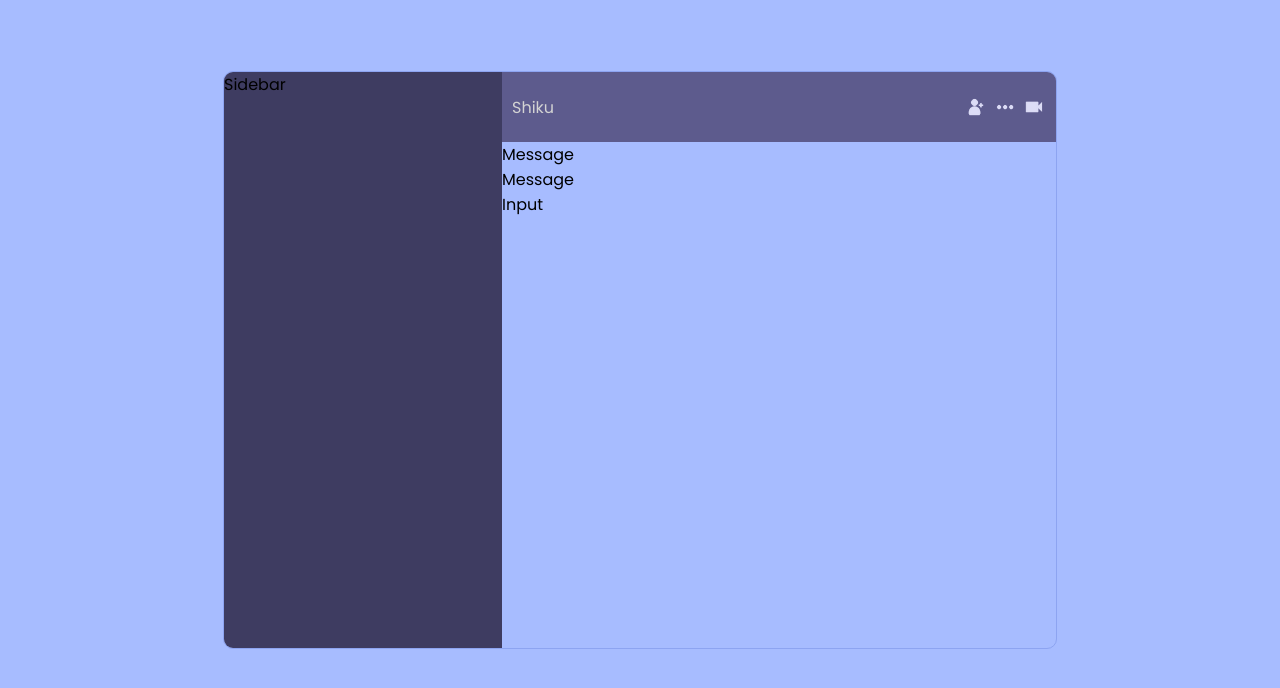
Repository: shikubro90/chatapp
Page: /
An editor plug-in stored every save of this project. The page is shown before and after a run of saves, followed by the edit.
The browser window is 1280 px wide. The pictures show the whole page.
The project was rebuilt for these pictures with package versions that can differ from the ones it lists, and the page was loaded fresh each time. Also part of the build but not shown: src/pages/Login.jsx, src/pages/Register.jsx.

Above is the page before, as saved 2022-09-14 15:26:20.

After the next 2 saves:
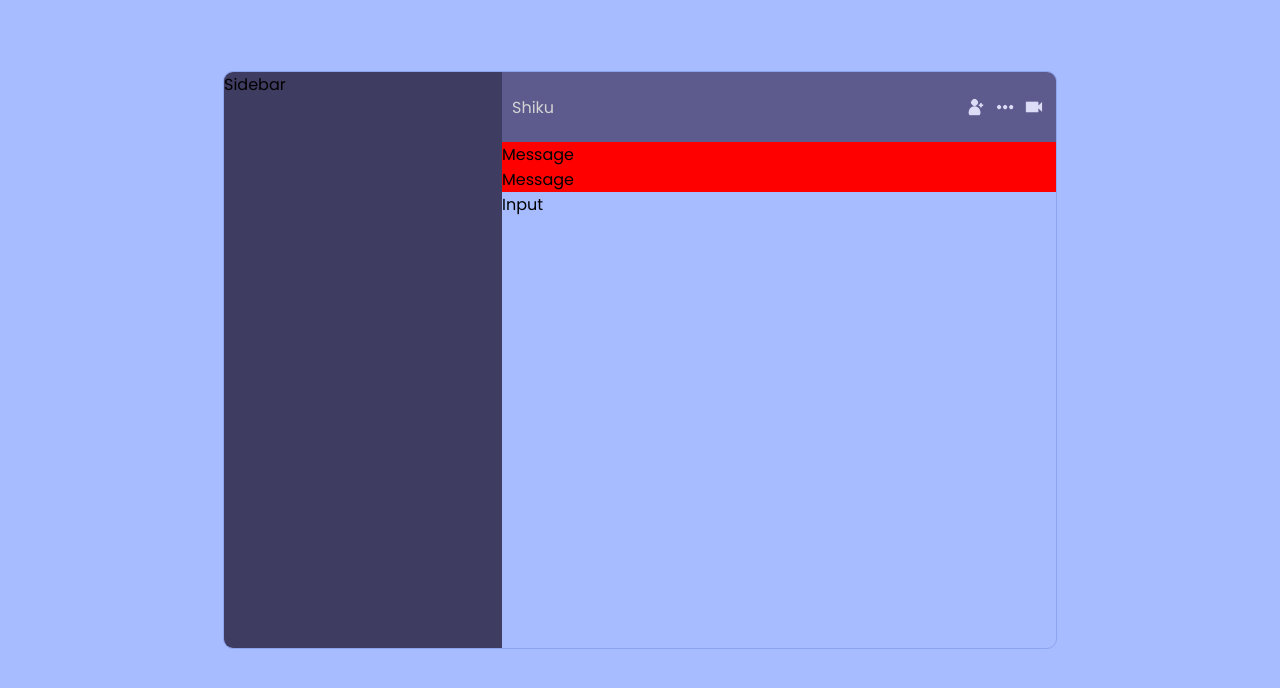
The 2 saves are shown as one change because they came seconds apart.
The last was saved 36 s later.
--- a/src/style.scss
+++ b/src/style.scss
@@ -226,9 +226,9 @@
                         cursor: pointer;
                     }
                 }
-                .messages{
-                    background: red;
-                }
+            }
+            .messages{
+                background: red;
             }
 
         }
